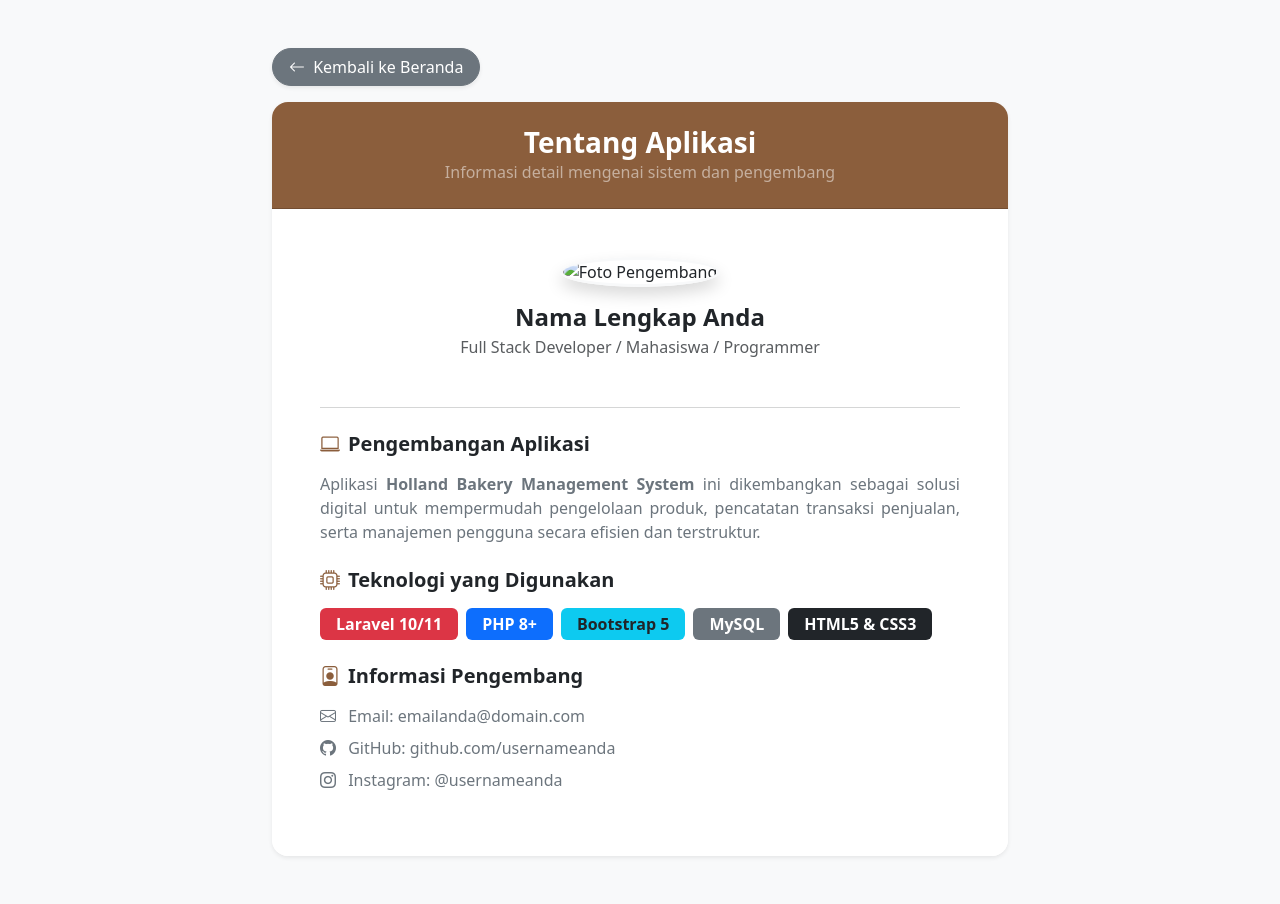
Repository: dheakhoerunnisaagustine/apk_pos4
Page: http://localhost/tentang
These files come from the project's save history. The page is drawn as it stood at one moment and after the next save; the edit follows.
The browser window is 1280 px wide. The pictures show the whole page.
Some web fonts or font styles are not loaded; a fallback is used. The page is served by the project's Laravel application, run on PHP 8.4 with Laravel 12. A made-up administrator, Test User (test@example.com), is signed in. Other server files are loaded and not shown. Style sheets and scripts are compiled from the project's sources, by tool versions that may differ from the author's.

Above is the page before, as saved 2026-08-19 08:23:20.

### routes/web.php
<?php

use Illuminate\Support\Facades\Route;
use App\Http\Controllers\AuthController;
use App\Http\Controllers\DashboardController;
use App\Http\Controllers\ItemPenjualanController;
use App\Http\Controllers\PenjualanController;
use App\Http\Controllers\ProdukController;
use App\Http\Controllers\UserController;

// Route Halaman Utama
Route::get('/', function () {
    return auth()->check()
        ? redirect()->route('dashboard')
        : redirect()->route('login');
});

// Route Tampilan Login (Hanya untuk Guest)
Route::middleware('guest')->group(function () {
    Route::get('/login', [AuthController::class, 'index'])->name('login');
});

// Route Eksekusi Login (Ditaruh di luar guest agar tidak kena redirect loop/expired saat ganti akun)
Route::post('/auth', [AuthController::class, 'auth'])->name('auth');

// Route yang hanya bisa diakses setelah login
Route::middleware('auth')->group(function () {
    Route::get('/dashboard', [DashboardController::class, 'index'])->name('dashboard');

    // Rute Tentang yang baru ditambahkan
    Route::get('/tentang', function () {
        return view('tentang');
    })->name('tentang');

    Route::post('/logout', [AuthController::class, 'logout'])->name('logout');

    // Khusus Admin
    Route::middleware('role:admin')->prefix('admin')->name('admin.')->group(function () {
        Route::get('/users', [UserController::class, 'index'])->name('users');
        Route::get('/users/create', [UserController::class, 'create'])->name('users.create');
        Route::post('/users/store', [UserController::class, 'store'])->name('users.store');
        Route::get('/users/edit/{user}', [UserController::class, 'edit'])->name('users.edit');
        Route::put('/users/update/{user}', [UserController::class, 'update'])->name('users.update');
        Route::delete('/users/destroy/{user}', [UserController::class, 'destroy'])->name('users.destroy');
    });

    // Admin & Kasir
    Route::middleware('role:admin,kasir')->group(function () {
        Route::resource('/produk', ProdukController::class);
        Route::resource('/penjualan', PenjualanController::class);
        Route::resource('/itempenjualan', ItemPenjualanController::class);
    });
});

### app/Models/User.php
<?php

namespace App\Models;

// use Illuminate\Contracts\Auth\MustVerifyEmail;
use Illuminate\Database\Eloquent\Factories\HasFactory;
use Illuminate\Foundation\Auth\User as Authenticatable;
use Illuminate\Notifications\Notifiable;

class User extends Authenticatable
{
    /** @use HasFactory<\Database\Factories\UserFactory> */
    use HasFactory, Notifiable;

    /**
     * The attributes that are mass assignable.
     *
     * @var list<string>
     */
    protected $fillable = [
        'name',
        'email',
        'password',
        'role_id'
    ];

    /**
     * The attributes that should be hidden for serialization.
     *
     * @var list<string>
     */
    protected $hidden = [
        'password',
        'remember_token',
    ];

    /**
     * Get the attributes that should be cast.
     *
     * @return array<string, string>
     */
    protected function casts(): array
    {
        return [
            'email_verified_at' => 'datetime',
            'password' => 'hashed',
        ];
    }

    public function role()
{
    return $this->belongsTo(Role::class, 'role_id', 'id');
}


    public function produk()
    {
        return $this->hasMany(Produk::class, 'user_id');
    }

    public function Penjualan()
    {
        return $this->hasMany(Penjualan::class, 'user_id');
    }





}

### resources/views/tentang.blade.php
@extends('layouts.app') {{-- Sesuaikan dengan layout utama aplikasi Anda --}}

@section('content')
<div class="container py-5">
    <div class="row justify-content-center">
        <div class="col-md-8">

            {{-- Tombol Kembali --}}
            <div class="mb-3">
                <a href="{{ route('dashboard') }}" class="btn btn-secondary rounded-pill px-3 shadow-sm">
                    <i class="bi bi-arrow-left me-1"></i> Kembali ke Beranda
                </a>
            </div>

            <div class="card shadow-sm border-0 rounded-4 overflow-hidden">
                <div class="card-header text-white text-center py-4" style="background: #8B5E3C;">
                    <h3 class="mb-0 fw-bold">Tentang Aplikasi</h3>
                    <p class="mb-0 text-white-50">Informasi detail mengenai sistem dan pengembang</p>
                </div>

                <div class="card-body p-4 p-md-5 bg-white">

                    {{-- Bagian Foto dan Nama Pengembang --}}
                    <div class="text-center mb-5">
                        {{-- Ganti 'images/foto-saya.jpg' dengan lokasi foto Anda di folder public --}}
                        <img src="{{ asset('images/foto-saya.jpg') }}" alt="Foto Pengembang"
                            class="rounded-circle shadow mb-3 border border-3 border-light"
                            style="width: 150px; height: 150px; object-fit: cover;">

                        <h4 class="fw-bold mb-1">Nama Lengkap Anda</h4>
                        <p class="text-muted">Full Stack Developer / Mahasiswa / Programmer</p>
                    </div>

                    <hr class="text-muted my-4">

                    {{-- Informasi Pengembangan Aplikasi --}}
                    <div class="mb-4">
                        <h5 class="fw-bold text-dark mb-3">
                            <i class="bi bi-laptop me-2" style="color: #8B5E3C;"></i>Pengembangan Aplikasi
                        </h5>
                        <p class="text-secondary" style="text-align: justify;">
                            Aplikasi <strong>Holland Bakery Management System</strong> ini dikembangkan sebagai solusi digital untuk mempermudah pengelolaan produk, pencatatan transaksi penjualan, serta manajemen pengguna secara efisien dan terstruktur.
                        </p>
                    </div>

                    {{-- Teknologi yang Digunakan --}}
                    <div class="mb-4">
                        <h5 class="fw-bold text-dark mb-3">
                            <i class="bi bi-cpu me-2" style="color: #8B5E3C;"></i>Teknologi yang Digunakan
                        </h5>
                        <div class="d-flex flex-wrap gap-2">
                            <span class="badge bg-danger px-3 py-2 fs-6">Laravel 10/11</span>
                            <span class="badge bg-primary px-3 py-2 fs-6">PHP 8+</span>
                            <span class="badge bg-info text-dark px-3 py-2 fs-6">Bootstrap 5</span>
                            <span class="badge bg-secondary px-3 py-2 fs-6">MySQL</span>
                            <span class="badge bg-dark px-3 py-2 fs-6">HTML5 & CSS3</span>
                        </div>
                    </div>

                    {{-- Informasi Kontak / Pengembang --}}
                    <div>
                        <h5 class="fw-bold text-dark mb-3">
                            <i class="bi bi-person-badge me-2" style="color: #8B5E3C;"></i>Informasi Pengembang
                        </h5>
                        <ul class="list-unstyled text-secondary">
                            <li class="mb-2"><i class="bi bi-envelope me-2"></i> Email: emailanda@domain.com</li>
                            <li class="mb-2"><i class="bi bi-github me-2"></i> GitHub: github.com/usernameanda</li>
                            <li class="mb-2"><i class="bi bi-instagram me-2"></i> Instagram: @usernameanda</li>
                        </ul>
                    </div>

                </div>
            </div>
        </div>
    </div>
</div>
@endsection

### resources/views/layouts/app.blade.php
<!DOCTYPE html>
<html lang="id">
<head>
    <meta charset="UTF-8">
    <meta name="viewport" content="width=device-width, initial-scale=1">

    <title>@yield('title') | Bakery POS</title>

    @vite(['resources/css/app.css', 'resources/js/app.js'])
</head>

<body class="bg-light">

    @yield('content')

</body>
</html>

### resources/css/app.css
@import "bootstrap/dist/css/bootstrap.min.css";
@import "bootstrap-icons/font/bootstrap-icons.css";
@import './dashboard.css';

@source '../../vendor/laravel/framework/src/Illuminate/Pagination/resources/views/*.blade.php';
@source '../../storage/framework/views/*.php';
@source '../**/*.blade.php';
@source '../**/*.js';

@theme {
    --font-sans: 'Instrument Sans', ui-sans-serif, system-ui, sans-serif, 'Apple Color Emoji', 'Segoe UI Emoji',
        'Segoe UI Symbol', 'Noto Color Emoji';
}

### resources/css/dashboard.css
body{
    background:#f8f5f2;
}


.page-title{
    font-weight:bold;
    color:#6f4e37;
}


.stat-card{
    border:none;
    border-radius:15px;
    box-shadow:0 5px 15px rgba(0,0,0,.08);
    transition:.3s;
}


.stat-card:hover{
    transform:translateY(-5px);
}


.stat-icon{
    width:60px;
    height:60px;
    border-radius:50%;
    display:flex;
    justify-content:center;
    align-items:center;
    font-size:28px;
    color:white;
}


.bg-brown{
    background:#8B5E3C;
}


.bg-orange{
    background:#D4A373;
}


.bg-green{
    background:#28a745;
}


.bg-red{
    background:#dc3545;
}


.table-card{
    border:none;
    border-radius:15px;
    box-shadow:0 5px 15px rgba(0,0,0,.08);
}


.card-title-custom{
    color:#6f4e37;
    font-weight:bold;
}


.card{
    border:none;
    border-radius:18px;
    box-shadow:0 10px 25px rgba(0,0,0,.08);
    transition:.3s;
}


.card:hover{
    transform:translateY(-4px);
}



/* =====================
   BUTTON BAKERY USER
===================== */


.btn-bakery-edit {

    background:#D8A47F;
    color:white;
    border-radius:30px;
    padding:8px 18px;
    font-weight:600;
    border:none;
    transition:.3s;

}


.btn-bakery-edit:hover {

    background:#B9825A;
    color:white;
    transform:translateY(-2px);

}



.btn-bakery-delete {

    background:#E98B8B;
    color:white;
    border-radius:30px;
    padding:8px 18px;
    font-weight:600;
    border:none;
    transition:.3s;

}


.btn-bakery-delete:hover {

    background:#D85C5C;
    color:white;
    transform:translateY(-2px);

}



.btn i{
    margin-right:5px;
}

Loaded but not shown: resources/js/bootstrap.js (common file)

After the next save:
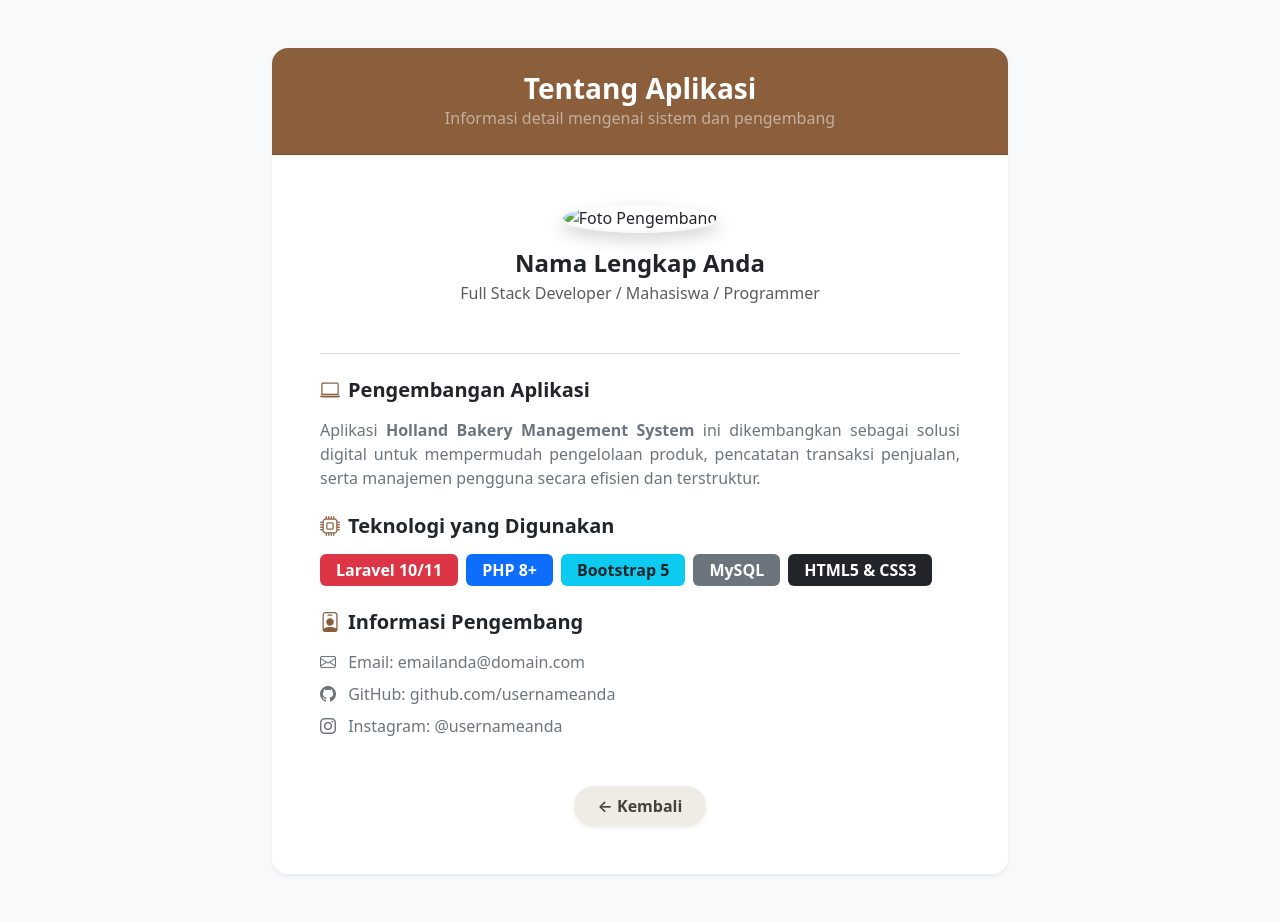
Saved 108 s later.
--- a/resources/views/tentang.blade.php
+++ b/resources/views/tentang.blade.php
@@ -4,14 +4,6 @@
 <div class="container py-5">
     <div class="row justify-content-center">
         <div class="col-md-8">
-
-            {{-- Tombol Kembali --}}
-            <div class="mb-3">
-                <a href="{{ route('dashboard') }}" class="btn btn-secondary rounded-pill px-3 shadow-sm">
-                    <i class="bi bi-arrow-left me-1"></i> Kembali ke Beranda
-                </a>
-            </div>
-
             <div class="card shadow-sm border-0 rounded-4 overflow-hidden">
                 <div class="card-header text-white text-center py-4" style="background: #8B5E3C;">
                     <h3 class="mb-0 fw-bold">Tentang Aplikasi</h3>
@@ -58,7 +50,7 @@
                     </div>
 
                     {{-- Informasi Kontak / Pengembang --}}
-                    <div>
+                    <div class="mb-4">
                         <h5 class="fw-bold text-dark mb-3">
                             <i class="bi bi-person-badge me-2" style="color: #8B5E3C;"></i>Informasi Pengembang
                         </h5>
@@ -69,6 +61,13 @@
                         </ul>
                     </div>
 
+                    {{-- Tombol Kembali sesuai desain gambar --}}
+                    <div class="text-center mt-5">
+                        <a href="{{ route('dashboard') }}" class="btn px-4 py-2 rounded-pill fw-semibold shadow-sm" style="background-color: #EFECE6; color: #4A403A; border: none;">
+                            &larr; Kembali
+                        </a>
+                    </div>
+
                 </div>
             </div>
         </div>
